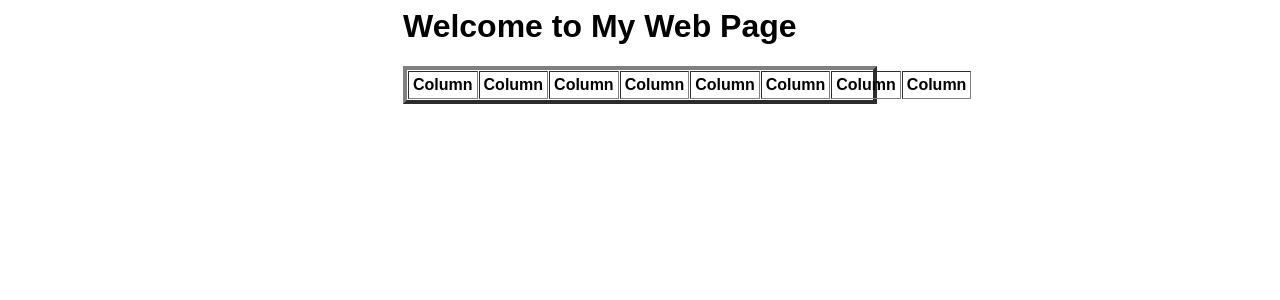
Repository: AdityaTech-Pro/FullStackWithBridgelabz
Page: Assignment2/Data_List/index.html
The author's editor kept a copy of each file at every save. The page is drawn from the files as they stood at one save, then again after the next save.
The browser window is 1280 px wide. The pictures show the whole page.

Above is the page before, as saved 2025-10-15 09:14:34.

### Assignment2/Data_List/index.html
<html>

<head>
    <style>
        body {
            font-family: Arial, Helvetica, sans-serif;
        }

        .center {
            display: block;
            margin-left: auto;
            margin-right: auto;
            width: 37.5%;
        }
    </style>
</head>
<title>
    <h2>Data List</h2>
</title>

<body>
    <table border="4" cellspacing="1" cellpadding="4" class="center">
        <h1 class="center">Welcome to My Web Page</h1>
        <tr>
            <th>Column</th>
            <th>Column</th>
            <th>Column</th>
            <th>Column</th>
            <th>Column</th>
            <th>Column</th>
            <th>Column</th>
            <th>Column</th>
        </tr>
</body>

</html>

After the next save:
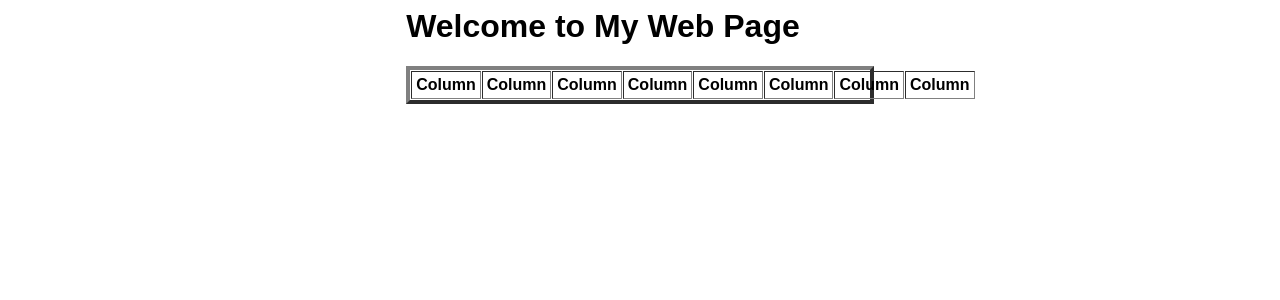
Saved 13 s later.
--- a/Assignment2/Data_List/index.html
+++ b/Assignment2/Data_List/index.html
@@ -10,7 +10,7 @@
             display: block;
             margin-left: auto;
             margin-right: auto;
-            width: 37.5%;
+            width: 37%;
         }
     </style>
 </head>
